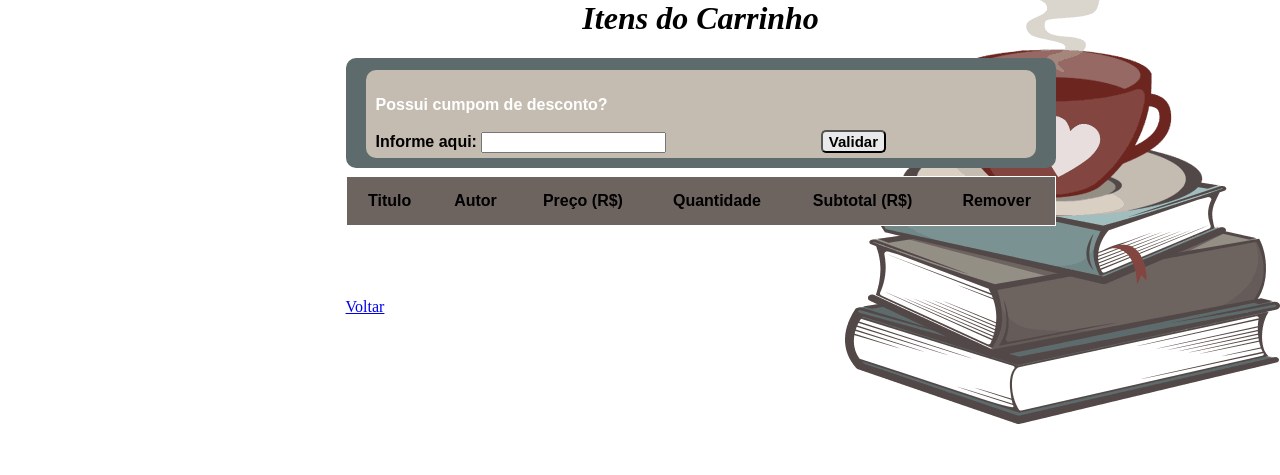
Repository: gabriellacrystina/ProjetoTegra
Page: http://localhost/book-store/meuCarrinho.jsp
An editor plug-in stored every save of this project. The page is shown before and after the next save, followed by the edit.
The browser window is 1280 px wide. The pictures show the whole page.
The page is served by Tomcat 9. Nobody is signed in. The application's start-up code is not run. The template is opened directly, without the code that normally fills it, so the values that code supplies are empty.

Above is the page before, as saved 2016-07-07 19:34:01.

After the next save:
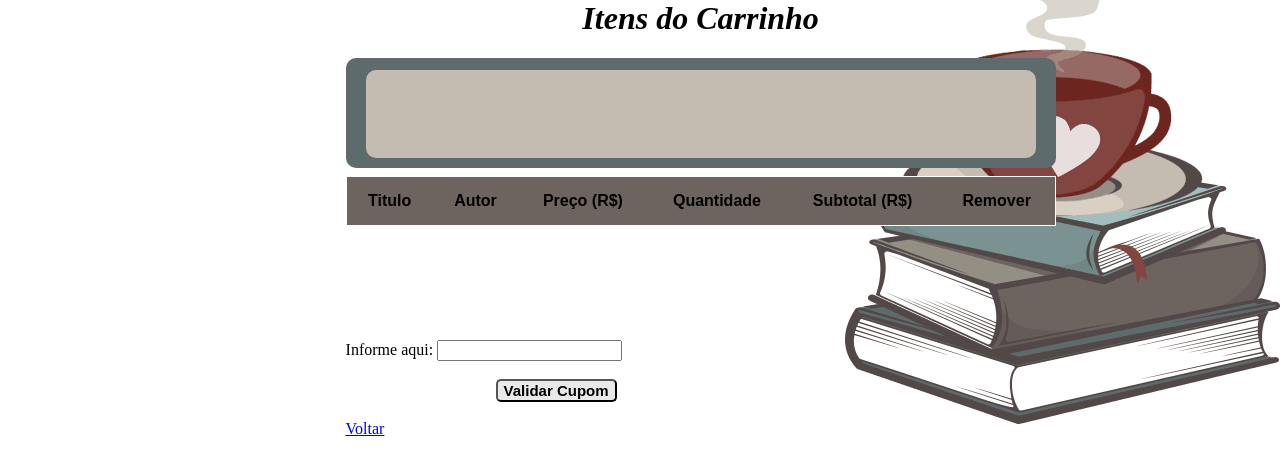
Saved 49 s later.
--- a/book-store/WebContent/meuCarrinho.jsp
+++ b/book-store/WebContent/meuCarrinho.jsp
@@ -15,11 +15,7 @@
 			<h1>Itens do Carrinho</h1>
 			<div class="my-cart">
 				<div class="carrinho">
-					<div class="cupom">
-						<p>Possui cumpom de desconto?</p>
-						Informe aqui: <input type="text" maxlength="15">
-						<button class="btn" type="submit">Validar</button>
-					</div>
+
 				</div>
 			</div>
 			<table id="tbl-books">
@@ -48,7 +44,12 @@
 		  		</c:forEach>
 			</table>
 			<br><br><br>
-
+			<div class="cupom">
+				<h3>Possui cumpom de desconto?</h3>
+				Informe aqui: <input type="text" maxlength="15">
+				<br><br>
+				<button class="btn" type="submit">Validar Cupom</button>
+			</div>
 			<br><a href="index.jsp">Voltar</a>
 	</body>
 </html>
